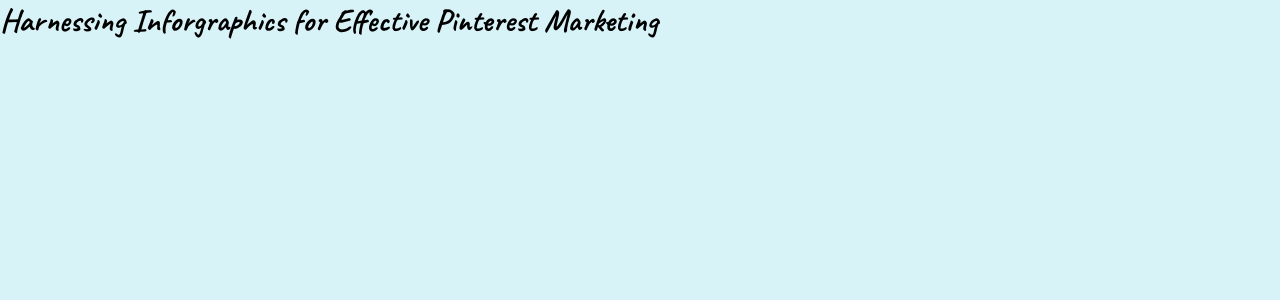
Repository: ayushrajput545/InforGraphic-page
Page: index.html
An editor plug-in stored every save of this project. The page is shown before and after a run of saves, followed by the edit.
The browser window is 1280 px wide. The pictures show the whole page.

Above is the page before, as saved 2025-04-01 21:29:17.

### index.html
<!DOCTYPE html>
<html lang="en">
<head>
    <meta charset="UTF-8">
    <meta name="viewport" content="width=device-width, initial-scale=1.0">
    <link rel="stylesheet" href="style.css">
    <link rel="preconnect" href="https://fonts.googleapis.com">
    <link rel="preconnect" href="https://fonts.gstatic.com" crossorigin>
    <link href="https://fonts.googleapis.com/css2?family=Caveat:wght@400..700&display=swap" rel="stylesheet">
</head>
<body>

    <h1 class="header">Harnessing Inforgraphics for Effective Pinterest Marketing</h1>



    <div class="container">



    </div>

</body>
</html>

### style.css
*{
    margin: 0;
    padding: 0;
    box-sizing: border-box;
}

body{
    background-color: #d8f3f7;;
}

.header{
 font-family: "Caveat", cursive;
}

After the next 6 saves:
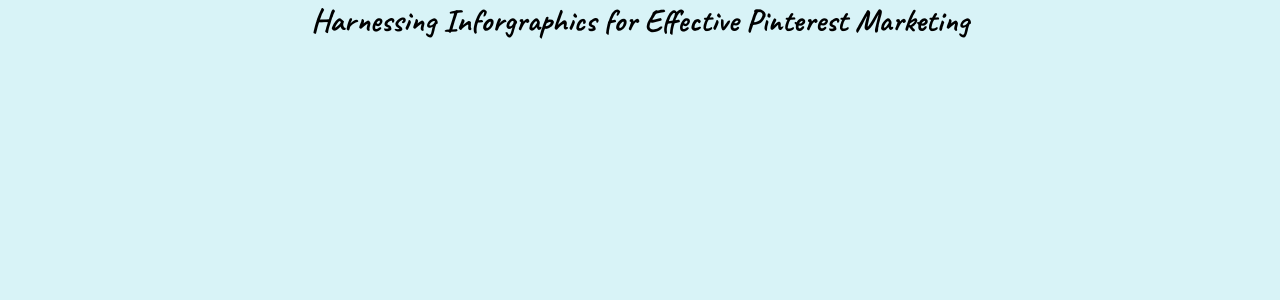
The 6 saves are shown as one change because they came seconds apart.
The last was saved 27 s later.
--- a/style.css
+++ b/style.css
@@ -9,5 +9,7 @@
 }
 
 .header{
- font-family: "Caveat", cursive;
+    font-family: "Caveat", cursive;
+    text-align: center;
+    max-width: 60;
 }
